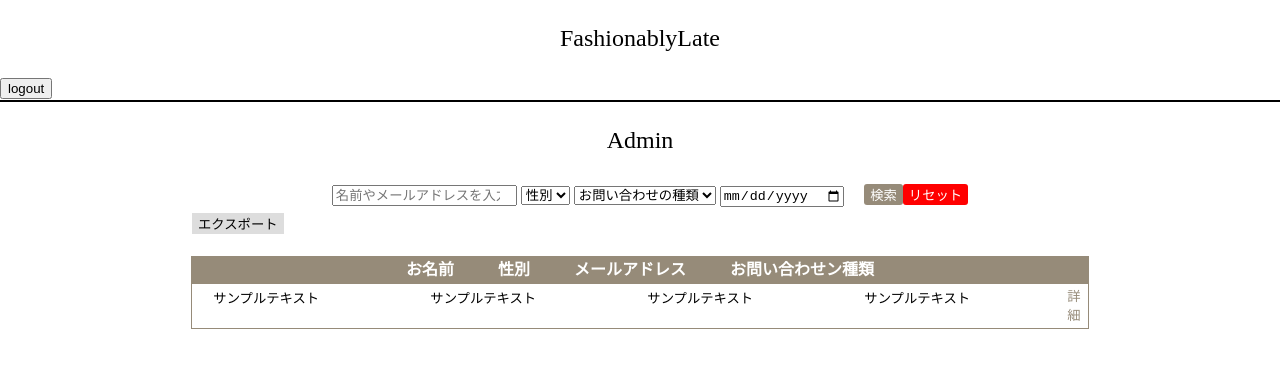
Repository: mayu-ya/test_form
Page: http://localhost/
These files come from the project's save history. The page is drawn as it stood at one moment and after the next save; the edit follows.
The browser window is 1280 px wide. The pictures show the whole page.
The page is served by the project's Laravel application, run on PHP 8.4 with Laravel 8.

Above is the page before, as saved 2026-01-17 23:17:38.

After the next save:
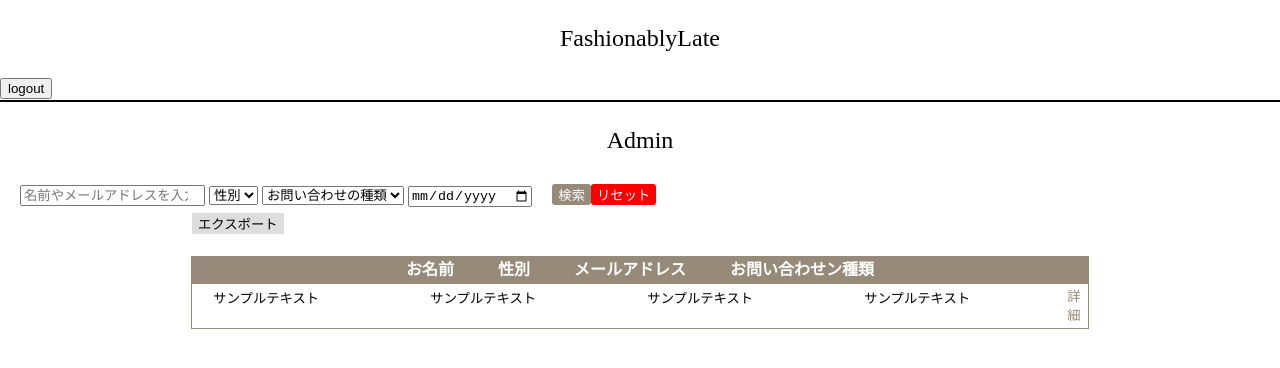
Saved 2 min 1 s later.
--- a/src/public/css/admin.css
+++ b/src/public/css/admin.css
@@ -14,13 +14,14 @@
 .search {
     display: flex;
     align-items: center;
-    justify-content: center;
+
 
 }
 
 .form__search {
     display: flex;
     align-items: center;
+    justify-content: center;
 }
 
 .form__search-item {

After the save that followed:
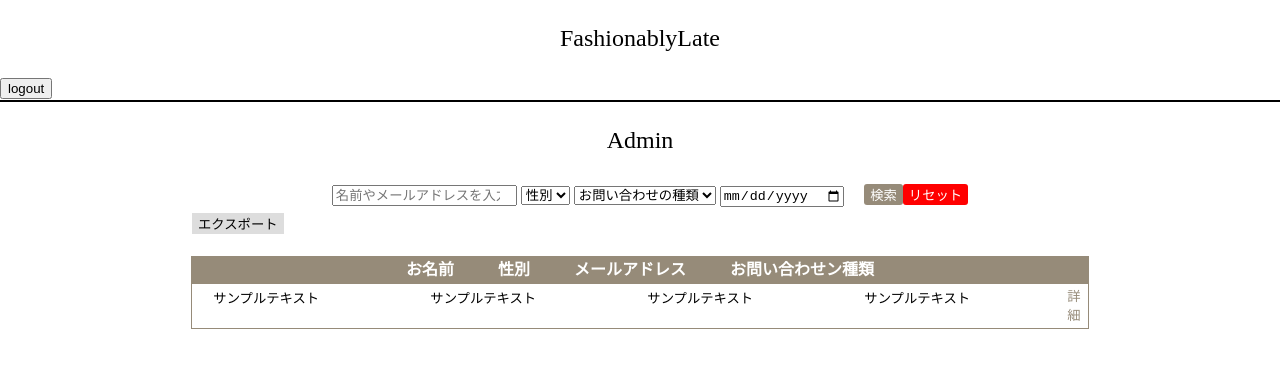
Saved 43 s later.
--- a/src/public/css/admin.css
+++ b/src/public/css/admin.css
@@ -14,14 +14,14 @@
 .search {
     display: flex;
     align-items: center;
-
+    justify-content: center;
 
 }
 
 .form__search {
     display: flex;
     align-items: center;
-    justify-content: center;
+    text-align: left;
 }
 
 .form__search-item {
